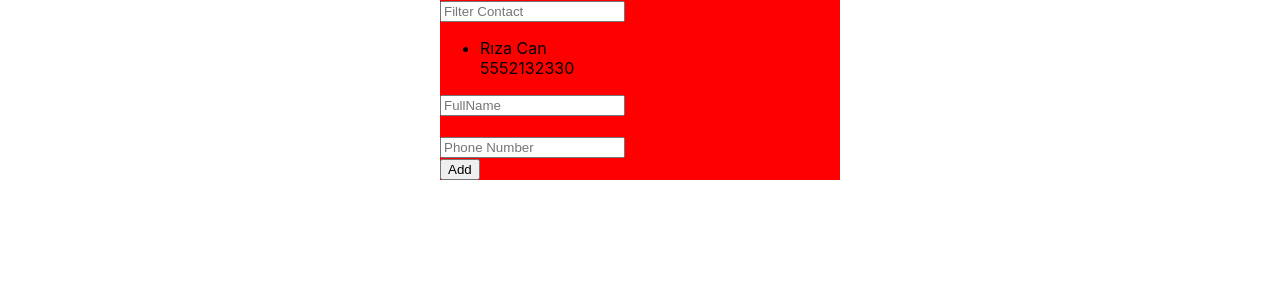
Repository: rizacantire/patika-react
Page: / (app in hello/)
An editor plug-in stored every save of this project. The page is shown before and after the next save, followed by the edit.
The browser window is 1280 px wide. The pictures show the whole page.
The project was rebuilt for these pictures with package versions that can differ from the ones it lists, and the page was loaded fresh each time.

Above is the page before, as saved 2021-12-14 14:52:02.

### hello/src/App.js

import './App.css';
import Contacts from './components/Contacts';

function App() {

  return (
    <div className="App">
      <Contacts/>
    </div>
  );
}

export default App;

### hello/src/App.css
.App {
  display: flex;
  justify-content: center;
  align-items: center;

}

#container{
  width: 400px;
  background-color: red;
}

### hello/src/components/Contacts/index.js
import React, { useEffect, useState } from 'react'
import Form from './Form'
import ContactList from './List'
function Contacts() {
    const [contacts, setContacts] = useState([{fullname:"Rıza Can",phone_number:5552132330}])
    useEffect(()=>{
        console.log(contacts);
    },[contacts])
    return (
        <div id="container">
            <ContactList contacts={contacts}/>
            <Form addContact={setContacts} contacts={contacts}/>
        </div>
    )
}

export default Contacts

### hello/src/components/Contacts/Form/index.js
import React, { useState } from 'react'

function Form({addContact,contacts}) {
    const initialFormValues = {fullname:"",phone_number:""}
    const [form, setForm] = useState(initialFormValues)

    const onChangeInput = (e)=>{
        setForm({...form,[e.target.name]:e.target.value})
    }

    const onSubmit = (e)=>{
        e.preventDefault()
        if(form.fullname === ""|| form.phone_number===""){
            return false;
        }
        addContact([...contacts,form])
        setForm(initialFormValues)
    }
    return (
        <div>
            <form onSubmit={onSubmit} >
            <input name="fullname"  placeholder='FullName'
            value={form.fullname}
             onChange={onChangeInput}/>
            <br/>
            <br/>
            <input value={form.phone_number} name="phone_number"  placeholder='Phone Number' onChange={onChangeInput}/>
            <div><button>Add</button></div>
            </form>

        </div>
    )
}

export default Form

### hello/src/components/Contacts/List/index.js
import React, { useState } from 'react'
import { useEffect } from 'react/cjs/react.development'

function ContactList({contacts}) {
    const [filterText, setFilterText] = useState("")
    const filtered = contacts.filter((item)=>{
        return Object.keys(item).some((key)=>
            item[key].toString().toLowerCase().includes(filterText.toLocaleLowerCase())
        )
    })
    useEffect(() => {
        console.log(filtered);
    },[filterText])


    return (
        <div>
            <input placeholder='Filter Contact' value={filterText} onChange={(e)=>{
                setFilterText(e.target.value)
            }} />


            <ul>
            {filtered.map((c,i)=>(

               <li key={i}>{c.fullname}
               <br/>
              {c.phone_number}</li>


            ))} </ul>
        </div>
    )
}

export default ContactList

Loaded but not shown: hello/public/index.html (common file); hello/src/index.js (common file); hello/src/index.css (common file); hello/src/reportWebVitals.js (common file)

After the next save:
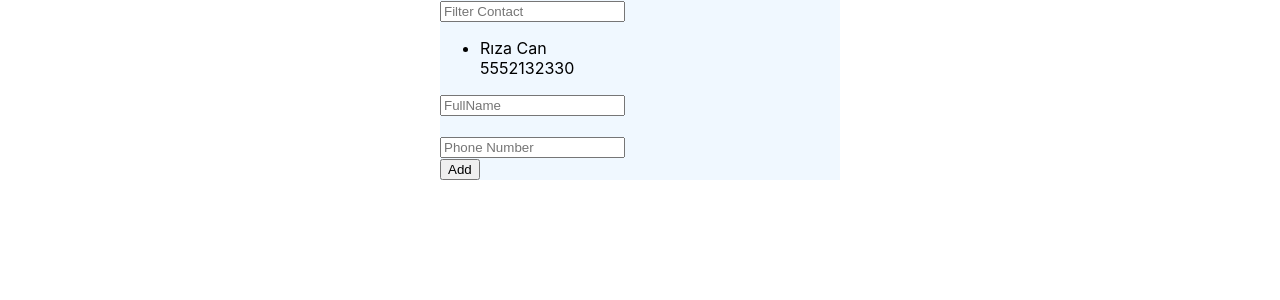
Saved 9 s later.
--- a/hello/src/App.css
+++ b/hello/src/App.css
@@ -7,5 +7,5 @@
 
 #container{
   width: 400px;
-  background-color: red;
+  background-color: aliceblue;
 }
